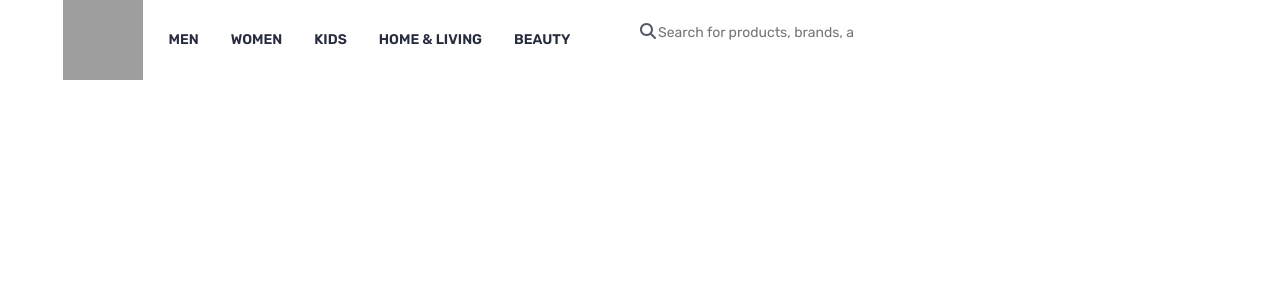
Repository: litaiqiang1407/Khanh-FashionStore
Page: /
These files come from the project's save history. The page is drawn as it stood at one moment and after the next save; the edit follows.
The browser window is 1280 px wide. The pictures show the whole page.
Pictures or frames that could not be fetched are drawn as grey boxes. The project was rebuilt for these pictures with package versions that can differ from the ones it lists, and the page was loaded fresh each time. Also part of the build but not shown: src/pages/Home/index.js.

Above is the page before, as saved 2024-04-14 02:53:05.

After the next save:
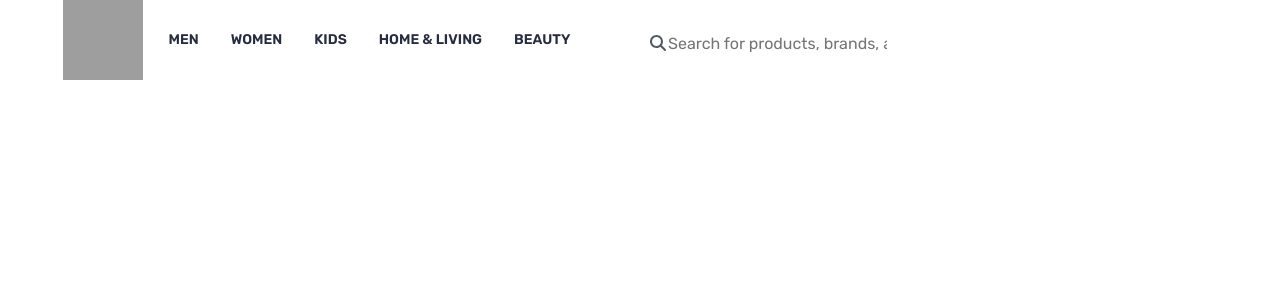
Saved 67 s later.
--- a/src/components/Layout/Components/Header/Header.module.scss
+++ b/src/components/Layout/Components/Header/Header.module.scss
@@ -45,13 +45,14 @@
 
         .header-search {
           height: 40px;
+          padding: 12px 10px;
 
           .search-icon {
             font-size: 1.6rem;
             color: var(--secondary-text-color);
           }
           .search-input {
-            font-size: 1.4rem;
+            font-size: 1.6rem;
             color: var(--secondary-text-color);
           }
         }
